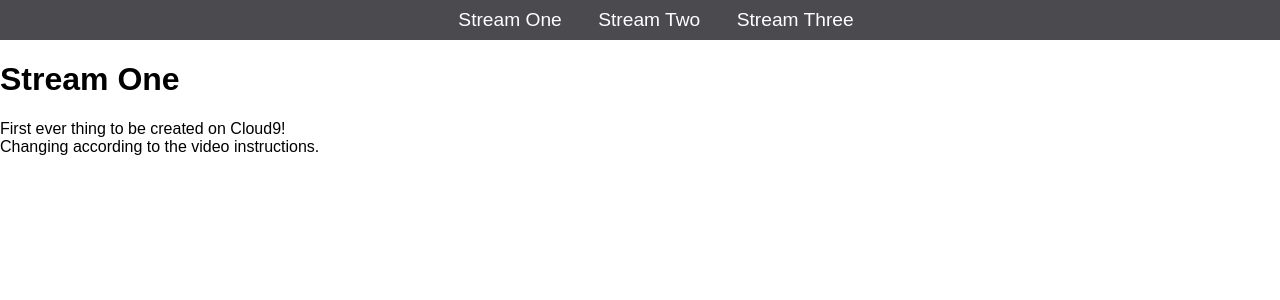
Repository: YoujooKim/my-first-website
Page: stream-one.html
The author's editor kept a record of every edit. The page is drawn from the files as they stood at one moment, then again after the next edit.
The browser window is 1280 px wide. The pictures show the whole page.

Above is the page before.

After the next edit:
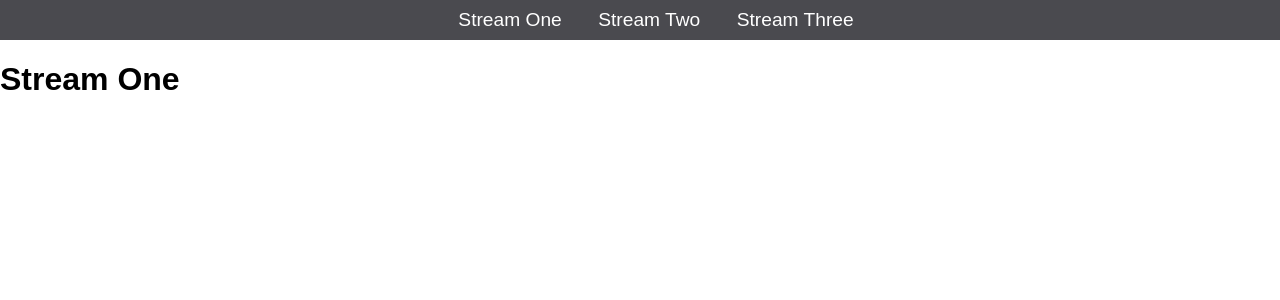
The edit:
--- a/stream-one.html
+++ b/stream-one.html
@@ -13,7 +13,12 @@
             </ul>
         </nav>
         <h1>Stream One</h1>
-        <p>First ever thing to be created on Cloud9!<br />
-        Changing according to the video instructions.</p>
+        <div class="card">
+            <a href="">
+                <img />
+                <h2></h2>
+            </a>
+
+        </div>
     </body>
 </hmtl>
